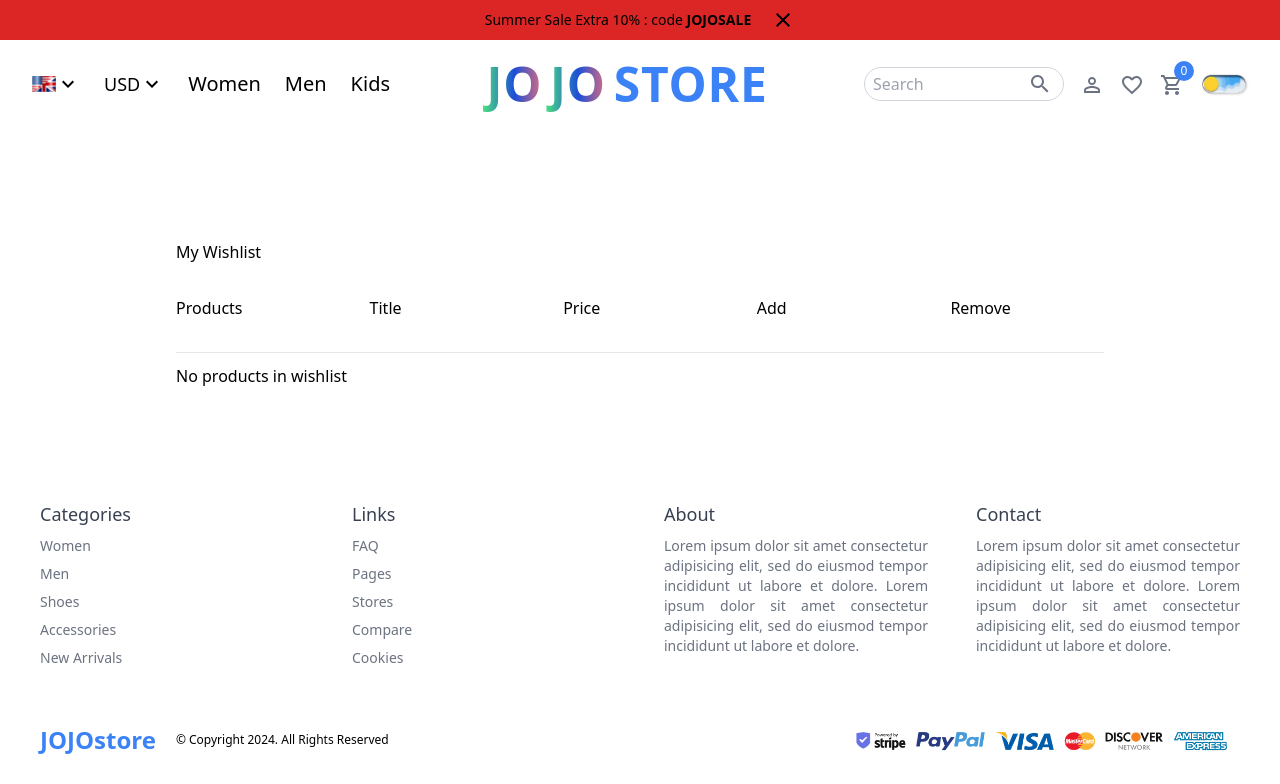
Repository: AiTrinh303/JOJO-STORE
Page: /wishlists
These files come from the project's save history. The page is drawn as it stood at one moment and after the next save; the edit follows.
The browser window is 1280 px wide. The pictures show the whole page.
The project was rebuilt for these pictures with package versions that can differ from the ones it lists, and the page was loaded fresh each time. Also part of the build but not shown: vite.config.js, src/components/Cart.jsx, src/components/Form.jsx, src/components/Slider/Slide1.jsx, src/components/Slider/Slide2.jsx, src/components/Slider/Slide3.jsx, src/components/Slider/Slider.scss, src/components/Slider/Slider.jsx and 23 more.

Above is the page before, as saved 2024-06-14 09:51:05.

### index.html
<!doctype html>
<html lang="en">
  <head>
    <meta charset="UTF-8" />
    <link rel="icon" type="image/svg+xml" href="/vite.svg" />
    <meta name="viewport" content="width=device-width, initial-scale=1.0" />
    <title>JOJO-STORE</title>
  </head>
  <body>
    <div id="root"></div>
    <script type="module" src="/src/main.jsx"></script>
  </body>
</html>

### src/main.jsx
import React from 'react'
import ReactDOM from 'react-dom/client'
import App from './App'
import './index.css'



ReactDOM.createRoot(document.getElementById('root')).render(
  <React.StrictMode>
      <App />
  </React.StrictMode>,
)

### src/App.jsx
import { useEffect } from "react";
import { createBrowserRouter, RouterProvider, Outlet } from "react-router-dom";

// Context
import ShopContextProvider from "./Context/ShopContext";
import {AuthProvider} from "./Context/AuthContext";

// Pages
import Footer from "./components/Footer";
import Header from "./components/Header/Header";
import Home from "./pages/Home";
import ShopCategory from "./pages/ShopCategory";
import Product from "./pages/Product";
import Wishlists from "./pages/Wishlists";
import Login from "./pages/Login";
import Register from "./pages/Register";
import Profile from "./pages/Profile";
import CartPage from "./pages/CartPage/CartPage";
import FilteredProductList from "./pages/FilteredProductList";
import BackToTopButton from "./components/BackToTopButton";
import SpinWheelGame from "./components/SpinWheelGame";

// Styles
import AOS from 'aos';
import 'aos/dist/aos.css';
import women_banner from './assets/banner_women.png';
import men_banner from './assets/banner_men.png';
import kids_banner from './assets/banner_kids.png';


//LAYOUT
const Layout = () => {
  return (
    <div className="app">
      <Header />
      <Outlet />
      <Footer />
      <BackToTopButton />
    </div>
  );
};

//ROUTER
const router = createBrowserRouter([
  {
    path: "/",
    element: <Layout />,
    children: [
      { path: "/", element: <Home /> },
      { path: "/women", element: <ShopCategory banner={women_banner} category="women" /> },
      { path: "/men", element: <ShopCategory banner={men_banner} category="men" /> },
      { path: "/kids", element: <ShopCategory banner={kids_banner} category="kids" /> },
      { path: "/product/:productId", element: <Product /> },
      { path: "/filtered-products", element: <FilteredProductList /> },
      { path: "/cartpage", element: <CartPage /> },
      { path: "/wishlists", element: <Wishlists /> },
      { path: "/login", element: <Login /> },
      { path: "/register", element: <Register />},
      { path: "/profile", element: <Profile />},
    ],
  },
  { path: "/spinwheelgame", element: <SpinWheelGame/>},
]);

function App() {
  useEffect(() => {
    AOS.init({
      offset: 200,
      duration: 1000,
      delay: 150,
    });
    AOS.refresh();
  }, []);

  return (

      <ShopContextProvider>
          <AuthProvider>
             <RouterProvider router={router} />
          </AuthProvider>
      </ShopContextProvider>
  );

}

export default App;

### src/index.css
@tailwind base;
@tailwind components;
@tailwind utilities;


.dark {
    background-color: black;
    color: #ffffff;

  }

.light {
    background-color: #ffffff;
    color: #000000;
  }

### src/Context/ShopContext.jsx
import { createContext, useReducer } from "react";
import all_product from '../assets/all_product';
import { shopReducer, initialState } from "./Reducer/shopReducer";

export const ShopContext = createContext(null);


const ShopContextProvider = (props) => {
    const [state, dispatch] = useReducer(shopReducer, initialState);

    const addToCart = (itemId, quantity = 1) => {
        dispatch({ type: "ADD_TO_CART", payload: { itemId, quantity } });
    };

    const removeFromCart = (itemId) => {
        dispatch({ type: "REMOVE_FROM_CART", payload: { itemId } });
    };

    const resetCart = () => {
        dispatch({ type: "RESET_CART" });
    };

    const addToWishlist = (itemId) => {
        dispatch({ type: "ADD_TO_WISHLIST", payload: { itemId } });
    };

    const removeFromWishlist = (itemId) => {
        dispatch({ type: "REMOVE_FROM_WISHLIST", payload: itemId });
    };

    const getTotalCartAmount = () => {
        let totalAmount = 0;
        for (const item in state.cartItems) {
            if (state.cartItems[item] > 0) {
                let itemInfo = all_product.find((product) => product.id === Number(item));
                if (itemInfo) {
                    totalAmount += itemInfo.new_price * state.cartItems[item];
                }
            }
        }
        return totalAmount;
    };

    const getTotalCartItems = () => {
        let totalItems = 0;
        for (const item in state.cartItems) {
            if (state.cartItems[item] > 0) {
                totalItems += state.cartItems[item];
            }
        }
        return totalItems;
    };

    const contextValue = {
        all_product,
        cartItems: state.cartItems,
        wishlist: state.wishlist,
        addToCart,
        removeFromCart,
        resetCart,
        getTotalCartAmount,
        getTotalCartItems,
        addToWishlist,
        removeFromWishlist
    };

    return (
        <ShopContext.Provider value={contextValue}>
            {props.children}
        </ShopContext.Provider>
    );
};

export default ShopContextProvider;

### src/Context/AuthContext.jsx
// //Create Authentication Logic - The AuthProvider component will be updated with login and logout functions. This function will be passed down through the AuthContext.Provider and it will be accessible globally.

// import { useContext, createContext, useState } from "react";
// import { useNavigate } from "react-router-dom";

// const AuthContext = createContext();

// const AuthProvider = ({ children }) => {
//   const [user, setUser] = useState(null);
//   const [token, setToken] = useState(localStorage.getItem("site") || "");
//   const navigate = useNavigate();
//   const loginAction = async (data) => {
//     try {
//       const response = await fetch("your-api-endpoint/auth/login", {
//         method: "POST",
//         headers: {
//           "Content-Type": "application/json",
//         },
//         body: JSON.stringify(data),
//       });
//       const res = await response.json();
//       if (res.data) {
//         setUser(res.data.user);
//         setToken(res.token);
//         localStorage.setItem("site", res.token);
//         navigate("/dashboard");
//         return;
//       }
//       throw new Error(res.message);
//     } catch (err) {
//       console.error(err);
//     }
//   };

//   const logOut = () => {
//     setUser(null);
//     setToken("");
//     localStorage.removeItem("site");
//     navigate("/login");
//   };

//   return (
//     <AuthContext.Provider value={{ token, user, loginAction, logOut }}>
//       {children}
//     </AuthContext.Provider>
//   );

// };

// export default AuthProvider;

// export const useAuth = () => {
//   return useContext(AuthContext);
// };


import { createContext, useState } from "react";

export const AuthContext = createContext();

export const AuthProvider = ({ children }) => {
  const [user, setUser] = useState(null);

  const login = (userData) => {
    setUser(userData);
  };

  const logout = () => {
    setUser(null);
  };

  return (
    <AuthContext.Provider value={{ user, setUser, login, logout }}>
      {children}
    </AuthContext.Provider>
  );
};

### src/components/Footer.jsx
import React from "react";

const Footer = () => {
  return (
    <div className="footer mx-10 my-5">
      <div className="top flex gap-12">
        <div className="item flex-1 flex flex-col gap-2 text-justify text-sm">
          <h1 className="text-lg font-medium text-gray-700">Categories</h1>
          <span className="text-gray-500">Women</span>
          <span className="text-gray-500">Men</span>
          <span className="text-gray-500">Shoes</span>
          <span className="text-gray-500">Accessories</span>
          <span className="text-gray-500">New Arrivals</span>
        </div>
        <div className="item flex-1 flex flex-col gap-2 text-justify text-sm">
          <h1 className="text-lg font-medium text-gray-700">Links</h1>
          <span className="text-gray-500">FAQ</span>
          <span className="text-gray-500">Pages</span>
          <span className="text-gray-500">Stores</span>
          <span className="text-gray-500">Compare</span>
          <span className="text-gray-500">Cookies</span>
        </div>
        <div className="item flex-1 flex flex-col gap-2 text-justify text-sm">
          <h1 className="text-lg font-medium text-gray-700">About</h1>
          <span className="text-gray-500">
            Lorem ipsum dolor sit amet consectetur adipisicing elit, sed do
            eiusmod tempor incididunt ut labore et dolore. Lorem ipsum dolor sit
            amet consectetur adipisicing elit, sed do eiusmod tempor incididunt
            ut labore et dolore.
          </span>
        </div>
        <div className="item flex-1 flex flex-col gap-2 text-justify text-sm">
          <h1 className="text-lg font-medium text-gray-700">Contact</h1>
          <span className="text-gray-500">
            Lorem ipsum dolor sit amet consectetur adipisicing elit, sed do
            eiusmod tempor incididunt ut labore et dolore. Lorem ipsum dolor sit
            amet consectetur adipisicing elit, sed do eiusmod tempor incididunt
            ut labore et dolore.
          </span>
        </div>
      </div>
      <div className="bottom flex items-center justify-between mt-12">
        <div className="left flex items-center">
          <span className="logo text-blue-500 font-bold text-2xl">JOJOstore</span>
          <span className="copyright ml-5 text-xs text-black-500">
            © Copyright 2024. All Rights Reserved
          </span>
        </div>
        <div className="right">
          <img src="src/assets/payment.png" alt="payment" className="h-12" />
        </div>
      </div>
    </div>
  );
};

export default Footer;

### src/components/Header/Header.jsx

import NavbarExtra from './NavbarExtra'
import Navbar from './Navbar'

const Header = () => {
  return (
    <div>
      <NavbarExtra />
      <Navbar />
    </div>
  )
}

export default Header

### src/pages/Wishlists.jsx
// Wishlist.jsx
import { useContext } from "react";
import { ShopContext } from "../Context/ShopContext";
import ClearIcon from '@mui/icons-material/Clear';

const Wishlists = () => {
  const { wishlist, removeFromWishlist, addToCart } = useContext(ShopContext);

  return (
    <div className="mx-44 my-28">
      <h1>My Wishlist</h1>
      <div className="flex justify-start my-8 font-medium gap-10">
                <p className="flex-1">Products</p>
                <p className="flex-1">Title</p>
                <p className="flex-1">Price</p>
                <p className="flex-1">Add</p>
                <p className="flex-1">Remove</p>
      </div>

      <hr className="h-1"/>

      {wishlist.length === 0 ? (
        <p className="my-2">No products in wishlist</p>
      ) : (
        console.log(wishlist),
        wishlist.map((product) => (
          <div className="flex flex justify-start" key={product.id}>

              <div className="flex justify-start text-lg gap-5">
                <img className="h-16 mr-64 object-cover w-16 overflow-hidden" src={product.image} alt={product.title}/>
                <p className="mr-64">{product.title}</p>
                <p>${product.new_price.toFixed(2)}</p>
                <div className='flex-1' onClick={() => removeFromWishlist(product.id)}>
                    <ClearIcon />
                </div>
                <div className="flex-1" onClick = {()=> addToCart(product.id)}>Add</div>
              </div>

          </div>
        ))
      )}
    </div>
  );
};

export default Wishlists;

### src/Context/Reducer/shopReducer.jsx

// import all_product from "../../assets/all_product";

// const getDefaultValue = () => {
//     let cart = {};
//     for (let index = 0; index < all_product.length; index++) {
//         cart[index] = 0;
//     }
//     return cart;
// };

// export const initialState = {
//     cartItems: getDefaultValue(),
//     wishlist: []
// };

// export const shopReducer = (state, action) => {
//     switch (action.type) {
//         case "ADD_TO_CART":
//             return {
//                 ...state,
//                 cartItems: {
//                     ...state.cartItems,
//                     [action.payload.itemId]: (state.cartItems[action.payload.itemId] || 0) + action.payload.quantity
//                 }
//             };
//         case "REMOVE_FROM_CART":
//             return {
//                 ...state,
//                 cartItems: {
//                     ...state.cartItems,
//                     [action.payload.itemId]: state.cartItems[action.payload.itemId] - 1
//                 }
//             };
//         case "RESET_CART":
//             return {
//                 ...state,
//                 cartItems: getDefaultValue()
//             };
//         case "ADD_TO_WIS                    [action.payload.itemId]: (state.cartItems[action.payload.itemId] || 0) + action.payload.quantity
//                 }
//             };
//         case "REMOVE_FROM_CART":
//             return {
//                 ...state,
//                 cartItems: {
//                     ...state.cartItems,
//                     [action.payload.itemId]: state.cartItems[action.payload.itemId] - 1
//                 }
//             };
//         case "RESET_CART":
//             return {
//                 ...state,
//                 cartItems: getDefaultValue()
//             };
//         case "ADD_TO_WISHLIST":
//             return {
//                 ...state,
//                 wishlist: [...state.wishlist, action.payload.itemId]
//             };
//         case "REMOVE_FROM_WISHLIST":
//             const newWishlist = [...state.wishlist];
//             newWishlist.splice(newWishlist.indexOf(action.payload.itemId), 1)}
//             return {
//                 ...state,
//                 wishlist: newWishlist};

//         default:
//             return state;
//     }
// };

// const saleCode = [{sale: 'SUMMER', discount: 0.1}, {sale: 'WINTER', discount: 0.2}, {sale: 'SPRING', discount: 0.15}];
import all_product from "../../assets/all_product";

const getDefaultValue = () => {
    let cart = {};
    for (let index = 0; index < all_product.length; index++) {
        cart[index] = 0;
    }
    return cart;
};

export const initialState = {
    cartItems: getDefaultValue(),
    wishlist: []
};

export const shopReducer = (state, action) => {
    switch (action.type) {
        case "ADD_TO_CART":
            return {
                ...state,
                cartItems: {
                    ...state.cartItems,
                    [action.payload.itemId]: (state.cartItems[action.payload.itemId] || 0) + action.payload.quantity
                }
            };
        case "REMOVE_FROM_CART":
            return {
                ...state,
                cartItems: {
                    ...state.cartItems,
                    [action.payload.itemId]: Math.max(0, state.cartItems[action.payload.itemId] - 1)
                }
            };
        case "RESET_CART":
            return {
                ...state,
                cartItems: getDefaultValue()
            };
        case "ADD_TO_WISHLIST":
            if (!state.wishlist.includes(action.payload.itemId)) {
                return {
                    ...state,
                    wishlist: [...state.wishlist, action.payload.itemId]
                };
            }
            return state;
        case "REMOVE_FROM_WISHLIST":
                return {
                    ...state,
                    wishlist: state.wishlist.filter((item) => item.itemId !== action.payload.itemId)
                };

        default:
            return state;
    }
};

### src/components/Header/NavbarExtra.jsx
import CloseIcon from '@mui/icons-material/Close';
import LocalShippingIcon from '@mui/icons-material/LocalShipping';
import ContactMailIcon from '@mui/icons-material/ContactMail';
import SyncAltIcon from '@mui/icons-material/SyncAlt';
import { useState } from 'react';

const NavbarExtra = () => {
  const [showSale, setShowSale] = useState(true);

  return (
    <div data-aos="fade-down" className="navbar h-12">
      {showSale ? (
        <div className="wrapper py-2 px-4 md:px-10 flex items-center justify-center items-center gap-5 bg-red-600 text-black-600 text-xs md:text-sm">
          <div>
            <p>Summer Sale Extra 10% : code <strong>JOJOSALE</strong></p>
          </div>
          <div>
            <CloseIcon onClick={() => setShowSale(false)} className="text-black-700 hover:text-black-900"/>
          </div>
        </div>
      ) : (
        <div className="wrapper py-2 px-4 md:px-10 flex flex-col md:flex-row items-center justify-between bg-gray-200 text-gray-500 text-xs md:text-sm">
          <div className="my-1 md:my-0">
            <p><ContactMailIcon className='px-1'/>Help and Contact</p>
          </div>
          <div className="my-1 md:my-0">
            <p><LocalShippingIcon className='px-1'/>Free standard delivery over €50 & free return*</p>
          </div>
          <div className="my-1 md:my-0">
            <p><SyncAltIcon className='px-1'/>100-day return policy</p>
          </div>
        </div>
      )}
    </div>
  );
};

export default NavbarExtra;

### src/components/Header/DarkMode.jsx
import LightButton from "../../assets/light-mode-button.png";
import DarkButton from "../../assets/dark-mode-button.png";
import { useEffect, useState } from "react";

const DarkMode = () => {
  const [theme, setTheme] = useState(
    localStorage.getItem("theme") ? localStorage.getItem("theme") : "light"
  );

  const element = document.documentElement; // html element

 useEffect(() => {
    if (theme === "dark") {
      element.classList.add("dark");
      localStorage.setItem("theme", "dark");
    } else {
      element.classList.remove("dark");
      localStorage.setItem("theme", "light");
    }
  }, [theme]);

  return (
    <div className="relative">
      <img
        src={LightButton}
        alt=""
        onClick={() => setTheme(theme === "light" ? "dark" : "light")}
        className={`w-12 cursor-pointer drop-shadow-[1px_1px_1px_rgba(0,0,0,0.1)] transition-all duration-300 absolute right-0 z-10 ${
          theme === "dark" ? "opacity-0" : "opacity-100"
        } `}
      />
      <img
        src={DarkButton}
        alt=""
        onClick={() => setTheme(theme === "light" ? "dark" : "light")}
        className="w-12 cursor-pointer drop-shadow-[1px_1px_1px_rgba(0,0,0,0.1)] transition-all duration-300"
      />
    </div>
  );
};

export default DarkMode;

Loaded but not shown: tailwind.config.js (common file); src/assets/all_product.js (906 lines, source omitted); src/components/Header/Navbar.jsx (125 lines, source omitted)

After the next save:
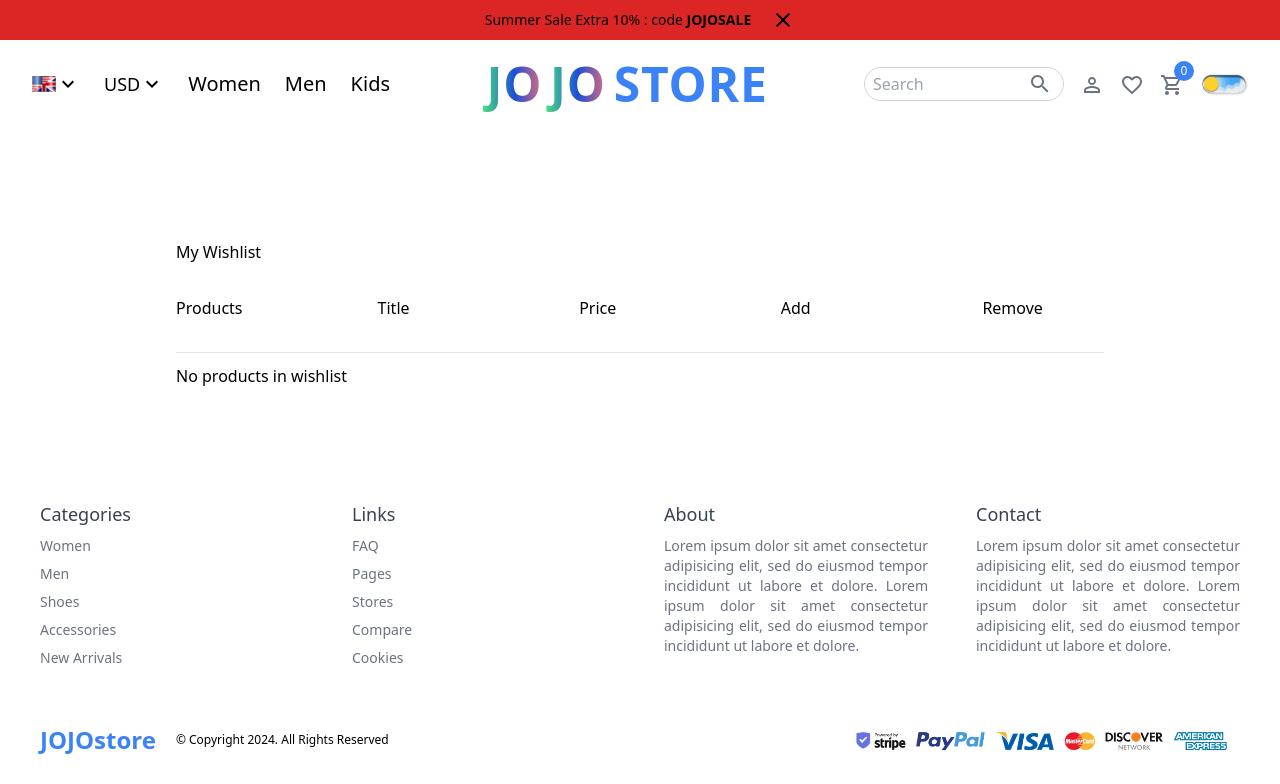
Saved 4 s later.
--- a/src/pages/Wishlists.jsx
+++ b/src/pages/Wishlists.jsx
@@ -9,7 +9,7 @@ const Wishlists = () => {
   return (
     <div className="mx-44 my-28">
       <h1>My Wishlist</h1>
-      <div className="flex justify-start my-8 font-medium gap-10">
+      <div className="flex justify-start my-8 font-medium gap-20">
                 <p className="flex-1">Products</p>
                 <p className="flex-1">Title</p>
                 <p className="flex-1">Price</p>
